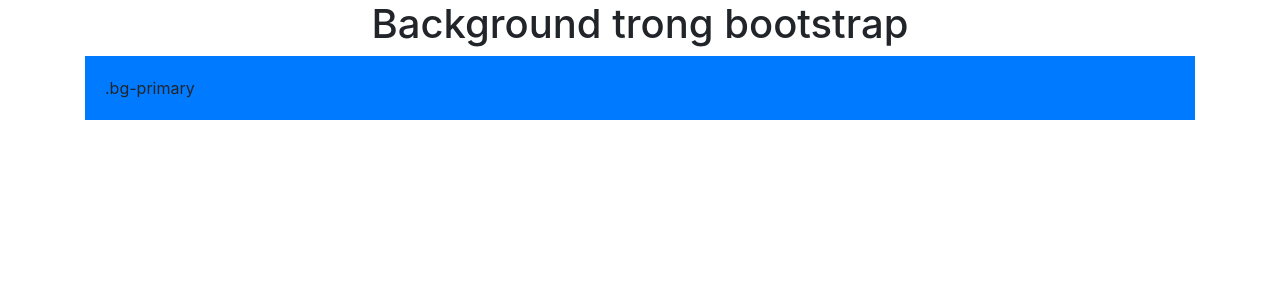
Repository: anhtu2110/front_end
Page: lesson/bootstrap/box/4.1-background.html
An editor plug-in stored every save of this project. The page is shown before and after the next save, followed by the edit.
The browser window is 1280 px wide. The pictures show the whole page.

Above is the page before, as saved 2022-12-02 07:57:26.

### lesson/bootstrap/box/4.1-background.html
<!DOCTYPE html>
<html lang="en">
  <head>
    <meta charset="UTF-8" />
    <meta http-equiv="X-UA-Compatible" content="IE=edge" />
    <meta name="viewport" content="width=device-width, initial-scale=1.0" />
    <link rel="stylesheet" href="./bootstrap/css/bootstrap.min.css" />
    <title>Background trong bootstrap</title>
  </head>
  <body>
    <style>
      .box {
        padding: 20px;
        margin-bottom: 15px;
      }
    </style>
    <div class="container">
      <div class="row">
        <div class="col-md-12">
          <h1 class="text-center">Background trong bootstrap</h1>
          <div class="box bg-primary">.bg-primary</div>
          <div class="box"></div>
          <div class="box"></div>
          <div class="box"></div>
          <div class="box"></div>
          <div class="box"></div>
          <div class="box"></div>
          <div class="box"></div>
          <div class="box"></div>
          <div class="box"></div>
        </div>
      </div>
    </div>
    <script src="js/jquery-3.6.1.min.js"></script>
    <script src="js/popper.min.js"></script>
    <script src="./bootstrap/js/bootstrap.min.js"></script>
  </body>
</html>

Loaded but not shown: lesson/bootstrap/box/bootstrap/css/bootstrap.min.css (library); lesson/bootstrap/box/js/jquery-3.6.1.min.js (library); lesson/bootstrap/box/js/popper.min.js (library); lesson/bootstrap/box/bootstrap/js/bootstrap.min.js (library)

After the next save:
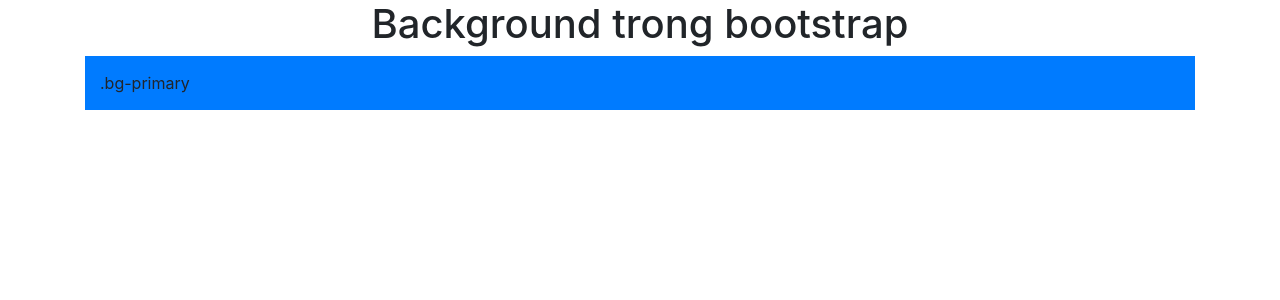
Saved 9 s later.
--- a/lesson/bootstrap/box/4.1-background.html
+++ b/lesson/bootstrap/box/4.1-background.html
@@ -10,7 +10,7 @@
   <body>
     <style>
       .box {
-        padding: 20px;
+        padding: 15px;
         margin-bottom: 15px;
       }
     </style>
